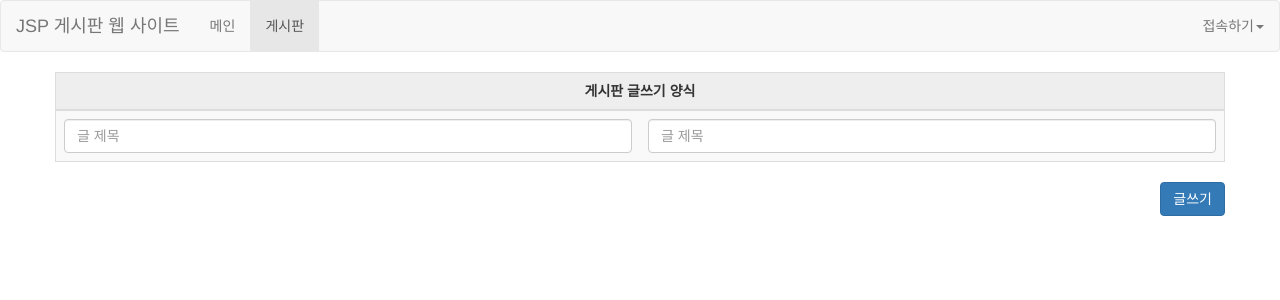
Repository: winter9388/JSP_BBS
Page: http://localhost/BBS/퍋ㅈ.jsp
An editor plug-in stored every save of this project. The page is shown before and after the next save, followed by the edit.
The browser window is 1280 px wide. The pictures show the whole page.
Some web libraries are served in a nearby version. The page is served by Tomcat 9. Other server files are loaded and not shown.

Above is the page before, as saved 2022-08-12 12:21:15.

### BBS/src/main/webapp/퍋ㅈ.jsp
<%@ page language="java" contentType="text/html; charset=UTF-8"
    pageEncoding="UTF-8"%>
<%@ page import="java.io.PrintWriter" %>
<!DOCTYPE html>
<html>
<head>
<meta charset="UTF-8">
<meta name="viewport" content="width=device-width", initial-scale="1">
<link rel="stylesheet" href="css/bootstrap.css">
<title>JSP 게시판 웹 사이트</title>
</head>
<body>
	<%
		String userID = null;
		if(session.getAttribute("userID") != null){ // 세션값이 존재하면
			userID = (String)session.getAttribute("userID"); // userID에 새션값을 입력
		}
	%>
	<nav class="navbar navbar-default">
		<div class="navbar-header">
			<button type="button" class="navbar-toggle collapsed"
				data-toggle="collapse" data-target="#bs-example-navbar-collapse-1"
				aria-expended="false">
				<span class="icon-bar"></span>
				<span class="icon-bar"></span>
				<span class="icon-bar"></span>
			</button>
			<a class="navbar-brand" href="main.jsp">JSP 게시판 웹 사이트</a>
		</div>
		<div class="collapse navbar-collapse" id="bs-example-navbar-collapse-1"
			aria-expended="false">
			<ul class="nav navbar-nav">
				<li><a href="main.jsp">메인</a></li>
				<li class="active"><a href="bbs.jsp">게시판</a></li>
			</ul>

			<%
				if(userID == null){ //세션이 없는경우 (로그인 되있지 않은 경우)만 아래 항목들을 보여줌
			%>
			<ul class="nav navbar-nav navbar-right">
				<li class="dropdown">
					<a href="#" class="dropdown-toggle"
						data-toggle="dropdown" role="button" aria-haspopup="true"
						aria-expanded="false">접속하기<span class="caret"></span></a>
					<ul class="dropdown-menu">
						<li><a href="login.jsp">로그인</a></li>
						<li><a href="join.jsp">회원가입</a></li>
					</ul>
				</li>
			</ul>
			<%
				} else {
			%>
			<ul class="nav navbar-nav navbar-right">
				<li class="dropdown">
					<a href="#" class="dropdown-toggle"
						data-toggle="dropdown" role="button" aria-haspopup="true"
						aria-expanded="false">회원관리<span class="caret"></span></a>
					<ul class="dropdown-menu">
						<li><a href="logoutAction.jsp">로그아웃</a></li>
					</ul>
				</li>
			</ul>
			<%
				}
			%>
		</div>
	</nav>

	<!--  -->
	<div class="container">
		<div class="row">
			<table class="table table-striped" style="text-align: center; border: 1px solid #dddddd"> <!-- table-striped -> 테이블의 짝수 홀수 열 구분 -->
				<thead>
					<tr>
						<th colspan="2" style="background-color: #eeeeee; text-align: center">게시판 글쓰기 양식</th>
					</tr>
				</thead>
				<tbody>
					<tr>
						<td><input type="text" class="form-control" placeholder="글 제목" name="bbsTitle" maxlength="50"></td>
						<td><input type="text" class="form-control" placeholder="글 제목" name="bbsTitle" maxlength="50"></td>
					</tr>
				</tbody>
			</table>
			<a href="write.jsp" class="btn btn-primary pull-right">글쓰기</a>
		</div>
	</div>

	<script src="https://code.jquery.com/jquery-3.1.1.min.js"></script>
	<script src="js/bootstrap.js"></script>
</body>
</html>

Loaded but not shown: BBS/src/main/webapp/css/bootstrap.css (library); BBS/src/main/webapp/js/bootstrap.js (library)

After the next save:
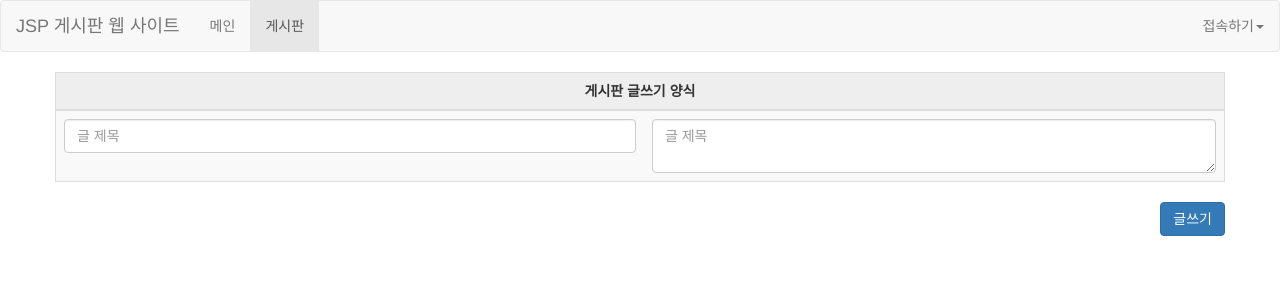
Saved 31 s later.
--- a/BBS/src/main/webapp/퍋ㅈ.jsp
+++ b/BBS/src/main/webapp/퍋ㅈ.jsp
@@ -79,7 +79,7 @@
 				<tbody>
 					<tr>
 						<td><input type="text" class="form-control" placeholder="글 제목" name="bbsTitle" maxlength="50"></td>
-						<td><input type="text" class="form-control" placeholder="글 제목" name="bbsTitle" maxlength="50"></td>
+						<td><textarea type="text" class="form-control" placeholder="글 제목" name="bbsTitle" maxlength="50"></textarea></td>
 					</tr>
 				</tbody>
 			</table>
